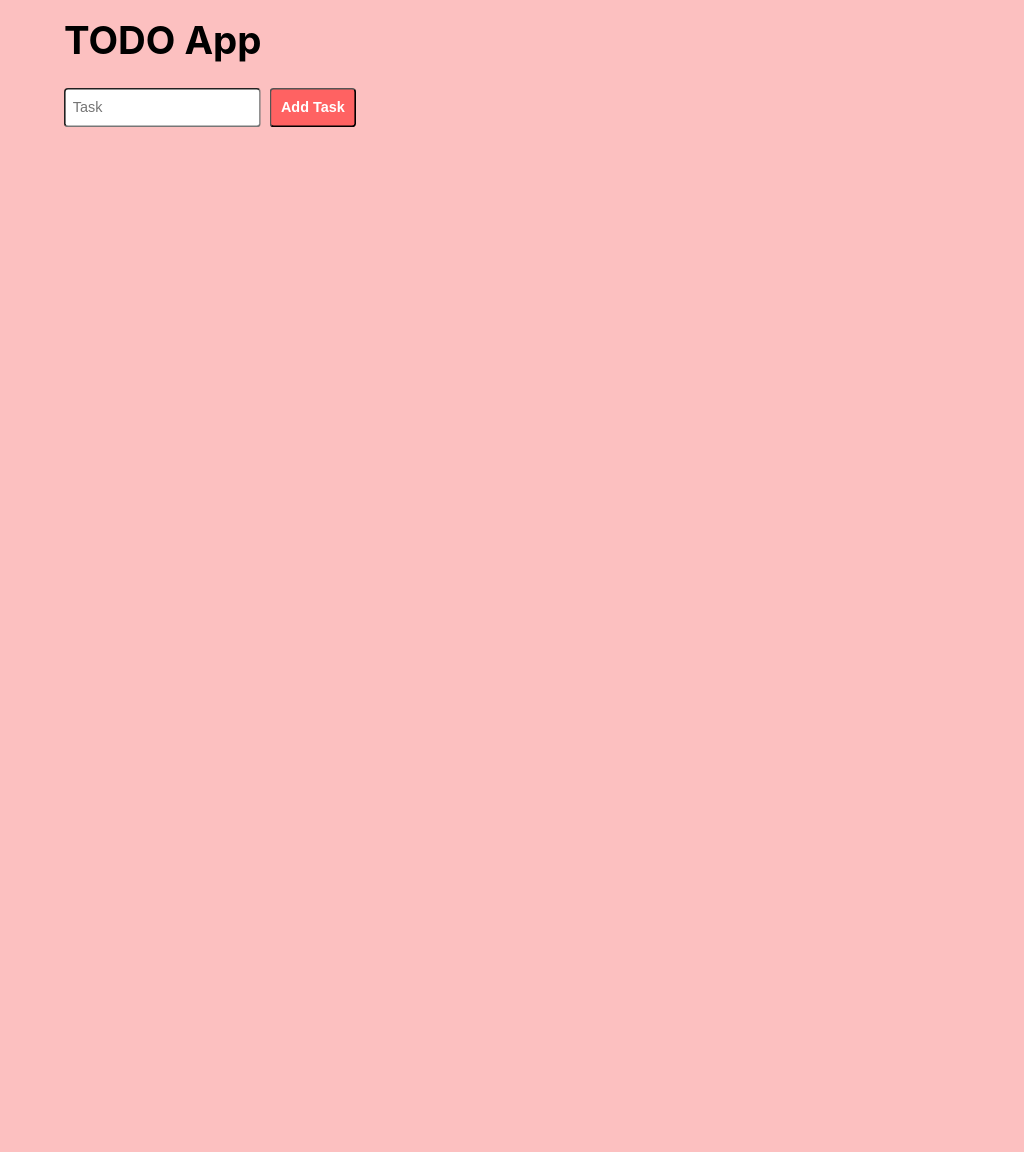
Repository: BhanuKaukuntla/TodoApp
Page: /
An editor plug-in stored every save of this project. The page is shown before and after the next save, followed by the edit.
The browser window is 1280 px wide. The pictures show the whole page, at 80% of full size.
The project was rebuilt for these pictures with package versions that can differ from the ones it lists, and the page was loaded fresh each time. Also part of the build but not shown: src/components/TodoItem/TodoItem.js.

Above is the page before, as saved 2021-12-04 10:07:47.

### src/index.js
import React from "react";
import ReactDOM from "react-dom";
import "./index.css";
import App from "./App";
import { Provider } from "react-redux";
import store from "./store";
import { PersistGate } from "redux-persist/integration/react";
import { persistor } from "./store";

ReactDOM.render(
  <React.StrictMode>
    <Provider store={store}>
      <PersistGate persistor={persistor}>
        <App />
      </PersistGate>
    </Provider>
  </React.StrictMode>,
  document.getElementById("root")
);

### src/index.css
*{
  margin: 0;
  padding: 0;
  /* font-family: "montserrat",sans-serif; */
  /* box-sizing: border-box; */
}

body {
  margin: 0;
  font-family: -apple-system, BlinkMacSystemFont, "Segoe UI", "Roboto", "Oxygen",
    "Ubuntu", "Cantarell", "Fira Sans", "Droid Sans", "Helvetica Neue",
    sans-serif;
  -webkit-font-smoothing: antialiased;
  -moz-osx-font-smoothing: grayscale;
}

/* code {
  font-family: source-code-pro, Menlo, Monaco, Consolas, "Courier New",
    monospace;
} */
.App {
  /* text-align: center; */
  height: 200vh;
  /* max-height: 100%; */
  /* background-color: #e77a7a; */
  /* background-color: #df8b8b; */
  background-color: #fcc0c0;
  margin-top: 0%;
  /* position: fixed; */
  width: 100%;
}

.title{
  padding-top: 20px;
  margin-left: 5rem;
  font-size: xxx-large;
}

.todoInput{
  margin-top: 1rem;
  margin-left: 5rem;
  font-size: x-large;
  margin-bottom: 1rem;
  /* width: 5rem; */
}

.form{
  border-radius: 10px;
  font-size: large;
  padding: 15px;
  /* width: 9rem; */
  padding-left: 0;
}

.input{
  border-radius: 5px;
  font-size: large;
  padding: 9px;
  width: 14rem;
  height: 1.7rem;
}

.inputButton{
  margin-left: 0.7rem;
  padding: 12px;
  border-radius: 5px;
  color: white;
  font-weight: 700;
  font-size: large;
  /* background-color: #df6a6a; */
  background-color: #ff6262;
  position: relative;
}

.todoList{
  /* align-items: center; */
  justify-content: space-between;
  display: flex;
  flex-direction: column;
  margin-bottom: 3rem;
}

.todoItem{
  /* padding: 5px;
  background-color: white;
  opacity: 0.8; */
  margin-right: 2rem;
  margin-left: 5rem;
  font-size: x-large;
  display: flex;
  align-items: center;
  justify-content: space-between;
  /* max-width: 20rem; */
  background-color: #ffffff;
  opacity: 0.5;
  margin-top: 1rem;
  border-radius: 5px;
  max-height: 3.4rem;
  /* max-width: 22.5rem; */
  padding: 2px;
  width: 21rem;
  height: 2.9rem;
  color: rgb(0, 0, 0);
  padding-left: 20px;
  font-weight: bold;
}

.editButton{
  /* margin-left: 1rem; */
  /* margin-right: 1px; */
  /* display: none; */
  /* border-radius: 1px; */
  display: inline-block;
  margin-left: auto;
  margin-right: 1rem;
  background-color: white;

}

.editTodo{
  /* align-items: center;
  margin-left: 1rem;
  margin-bottom: 0.5rem;
  margin-right: .5rem;
  padding: 3px; */
  padding: 9px;
  margin-left: 4rem;
  margin-right: auto;
}

.formItem{
  width: 10rem;
  padding: 11px;
  background-color: #fcd7d7;
}

.deleteButton{
  /* margin-left: 1rem; */
  margin-right: 8px;
  /* border-radius: 1px; */
  /* background-color: white;
  color: black; */
}

.icons{
  /* display: flex; */
  /* margin-left: 1rem; */
  /* justify-content: space-between; */
  display: flex-end;
}

### src/App.js
import AddTodo from "./components/AddTodo/AddTodo";
import TodoList from "./components/TodoList/TodoList";
import { useSelector } from "react-redux";
function App() {
  const taskobj = useSelector((state) => state.todos.data);
  return (
    <div className='App'>
      <h1 className="title">TODO App</h1>
      <AddTodo />
      <TodoList />
    </div>
  );
}

export default App;

### src/store.js
import { createStore } from "redux";
import rootReducer from "./reducers";
import { persistStore, persistReducer } from "redux-persist";
import storage from "redux-persist/lib/storage";

const persistConfig = {
  key: "root",
  storage,
};

const persistedReducer = persistReducer(persistConfig, rootReducer);

const store = createStore(
  persistedReducer,
  window.__REDUX_DEVTOOLS_EXTENSION__ && window.__REDUX_DEVTOOLS_EXTENSION__()
);

export const persistor = persistStore(store);

export default store;

### src/components/AddTodo/AddTodo.js
import React, { useState } from "react";
import { useDispatch } from "react-redux";
import { addTodo } from "../../actions";
import cuid from "cuid";

const AddTodo = () => {
  const [tasks, setTasks] = useState("");
  const dispatch = useDispatch();
  function handleInputChange(e) {
    setTasks(e.target.value);
    console.log(tasks);
  }
  function handleFormSubmit(e) {
    e.preventDefault();
    dispatch(addTodo({ task: tasks, id: cuid() }));
    e.target.userInput.value = "";
    console.log(tasks);
  }
  return (
    <div className="todoInput">
      <form className="form" onSubmit={handleFormSubmit}>
      <input
        className="input"
        placeholder="Task"
        type='text'
        name='userInput'
        onChange={(e) => handleInputChange(e)}
      />
      <button className="inputButton" type='submit'>Add Task</button>
     </form>
    </div>
  );
};

export default AddTodo;

### src/components/TodoList/TodoList.js
import React from "react";
import TodoItem from "../TodoItem/TodoItem";
import { useSelector } from "react-redux";

const TodoList = () => {
  const taskobj = useSelector((state) => state.todos.data);
  const taskItems = taskobj.map((task) => {
    return <TodoItem task={task} key={task.id} />;
  });

  return(
     <div className="todoList">
        {taskItems}
    </div>
    )
};

export default TodoList;

### src/reducers/index.js
import { combineReducers } from "redux";
import todos from "./todos";

const rootReducer = combineReducers({
  todos,
});
export default rootReducer;

### src/actions/index.js
import { ADD_TODO, DELETE_TODO, UPDATE_TODO } from "./types";

export const addTodo = (message) => ({
  type: ADD_TODO,
  message,
});

export const deleteTodo = (id) => ({
  type: DELETE_TODO,
  id,
});

export const updateTodo = ({ message, id }) => ({
  type: UPDATE_TODO,
  message,
  id,
});

### src/reducers/todos.js
const initialState = {
  data: [],
};

const todos = (state = initialState, action) => {
  switch (action.type) {
    case "ADD_TODO":
      return {
        ...state,
        data: [...state.data, action.message],
      };
    case "DELETE_TODO":
      return {
        ...state,
        data: [...state.data.filter((todo) => todo.id !== action.id)],
      };
    case "UPDATE_TODO":
      return {
        ...state,
        data: [
          ...state.data.filter((todo) => todo.id !== action.id),
          { task: action.message, id: action.id },
        ],
      };
    default:
      return state;
  }
};

export default todos;

### src/actions/types.js
export const ADD_TODO = "ADD_TODO";
export const DELETE_TODO = "DELETE_TODO";
export const UPDATE_TODO = "UPDATE_TODO";

Loaded but not shown: public/index.html (common file)

After the next save:
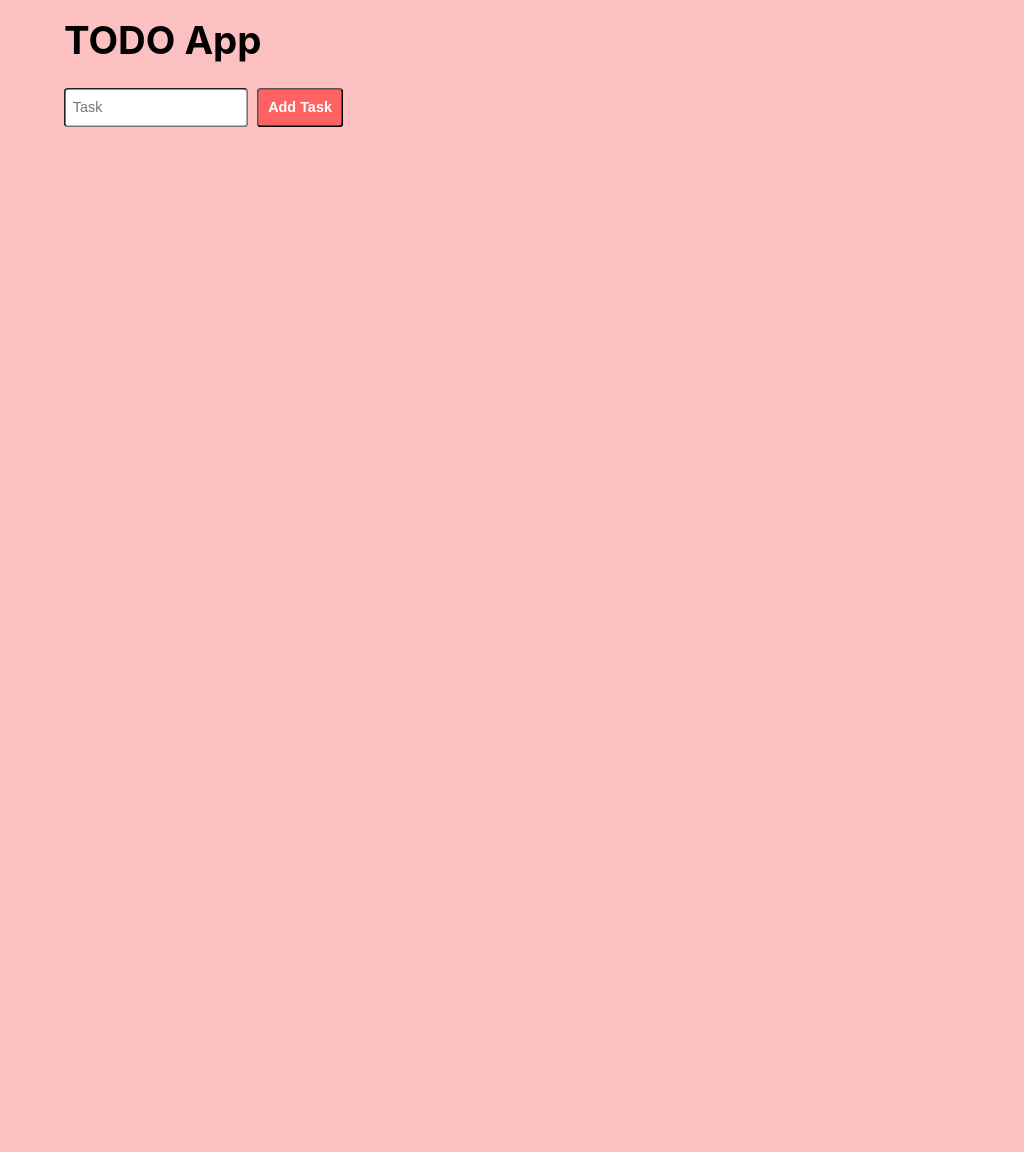
Saved 4 s later.
--- a/src/index.css
+++ b/src/index.css
@@ -56,7 +56,7 @@ body {
   border-radius: 5px;
   font-size: large;
   padding: 9px;
-  width: 14rem;
+  width: 13rem;
   height: 1.7rem;
 }
 
